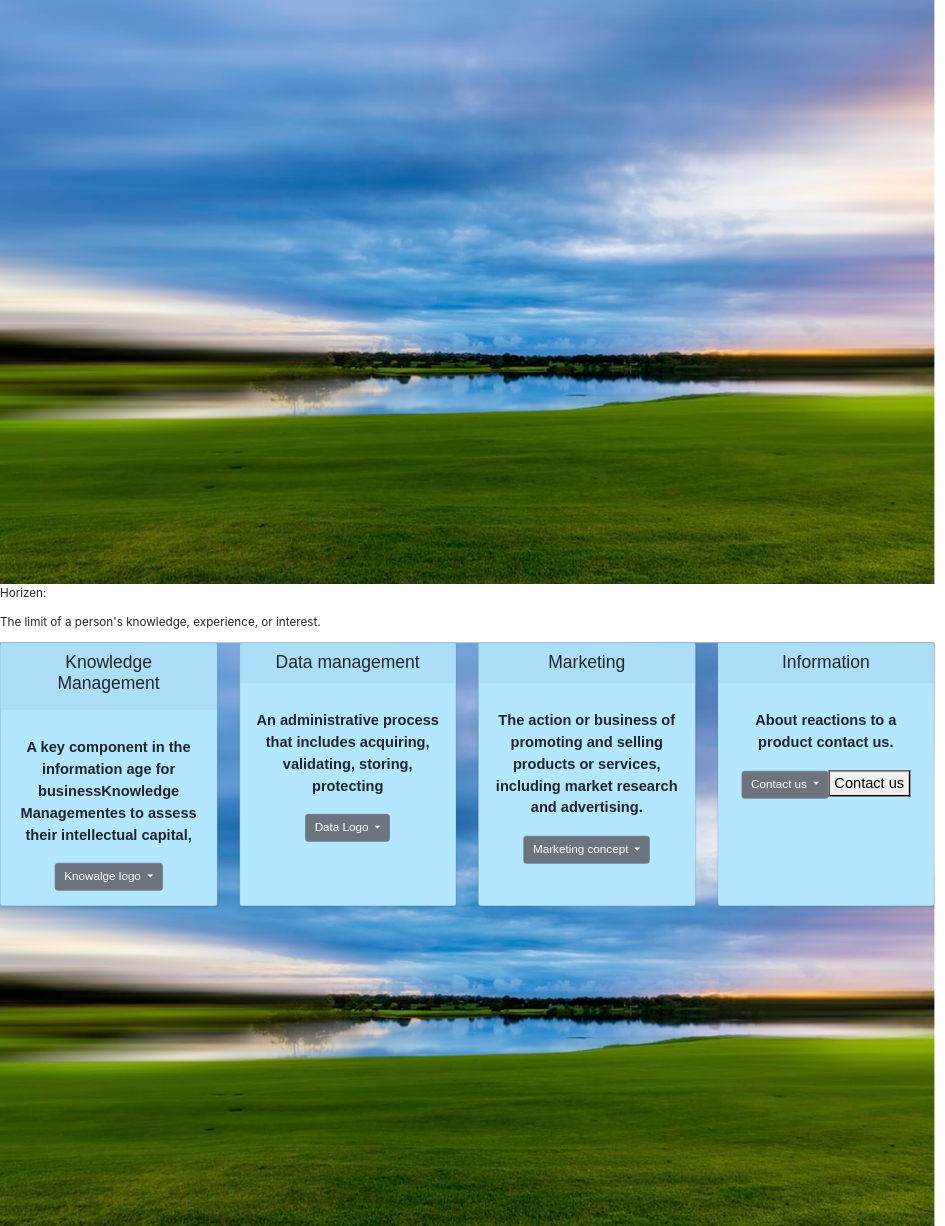
Repository: Code-Institute-Submissions/vahega-my-first-project
Page: index.html
The author's editor kept a record of every edit. The page is drawn from the files as they stood at one moment, then again after the next edit.
The browser window is 1280 px wide. The page is 1295 px wide, so the pictures cover 1295 px, including what lies to the right of the window. The pictures show the whole page, at 73% of full size.
Backgrounds fixed to the window are drawn as part of the page. Some web fonts or font styles are not loaded; a fallback is used.

Above is the page before.

After the next edit:
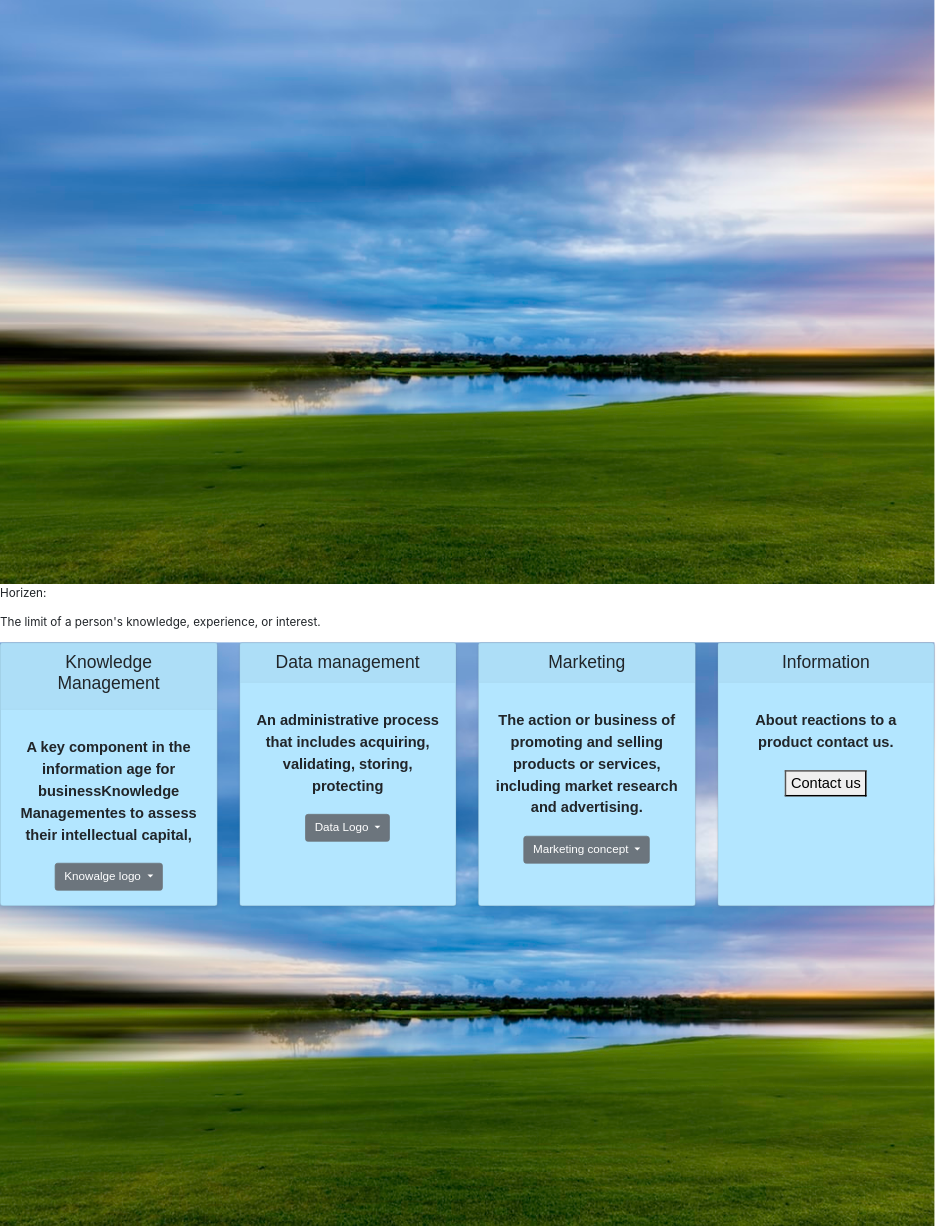
The edit:
--- a/index.html
+++ b/index.html
@@ -121,8 +121,7 @@
 
         </ul>
         <div class="dropdown">
-  <button class="btn btn-secondary dropdown-toggle" type="button" id="dropdownMenuButton" data-toggle="dropdown" aria-haspopup="true" aria-expanded="false">
-  Contact us
+
 
   <button onclick="window.location.href = 'assets/contact/con';">Contact us</button>
   </div>
